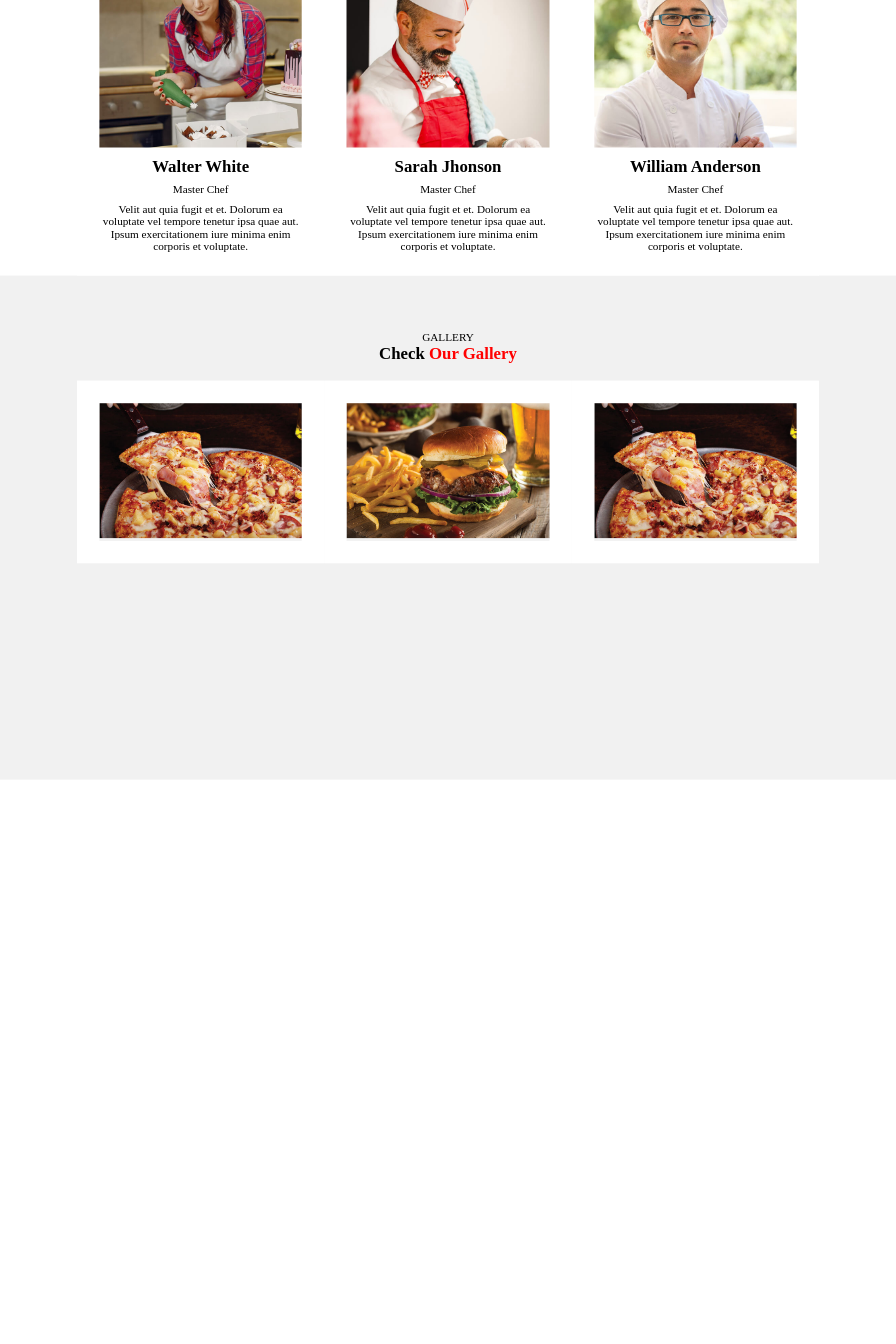
Repository: Ahmedalid/New-project
Page: Rout/index.html
These files come from the project's save history. The page is drawn as it stood at one moment and after the next save; the edit follows.
The browser window is 1280 px wide. The pictures show the part of the page from y = 1034 to 2954 px (the page is 5000 px tall), at 70% of full size.
An inner scrolling area shows only its first screen.

Above is the page before, as saved 2023-06-08 11:38:51.

After the next save:
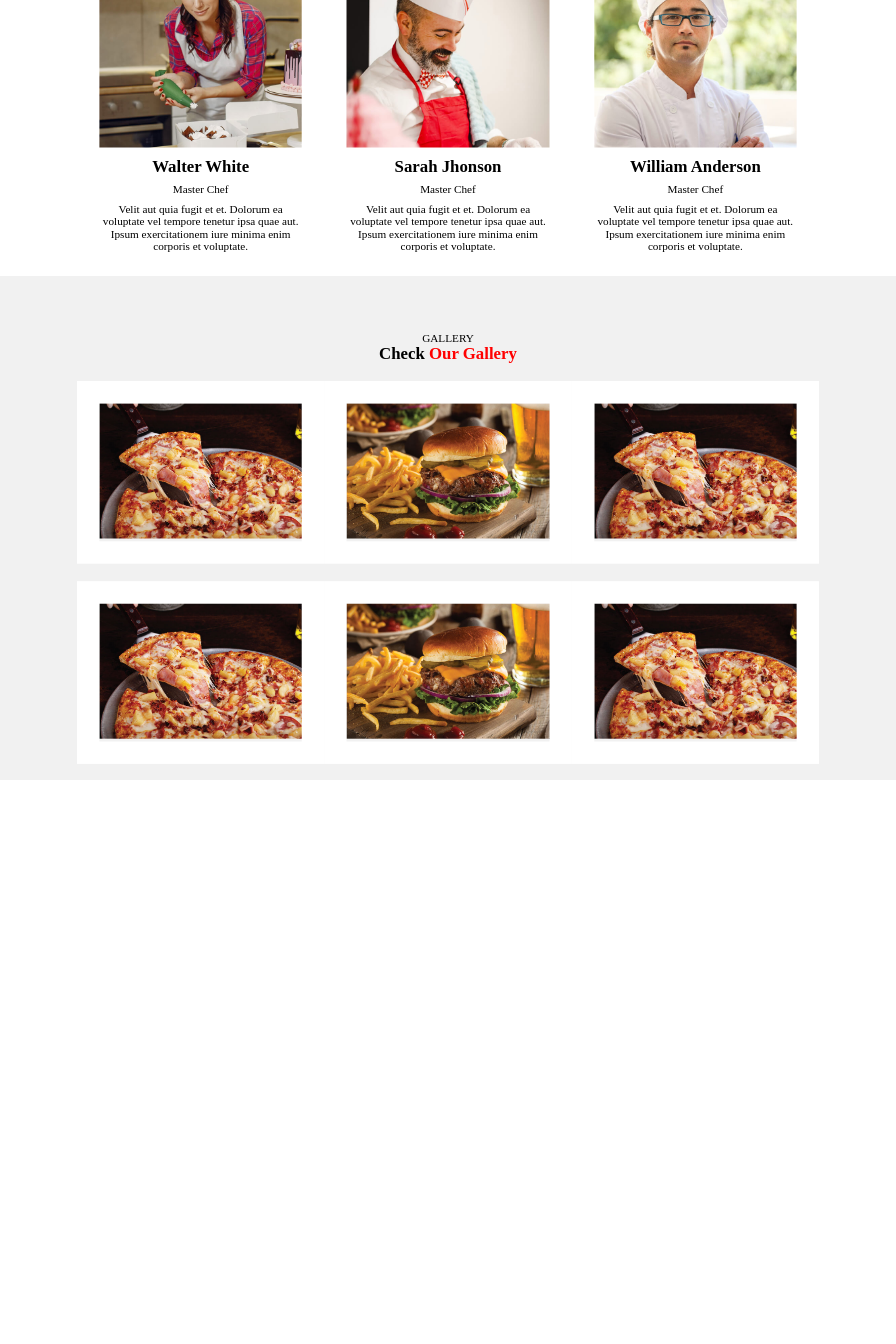
Saved 30 s later.
--- a/Rout/index.html
+++ b/Rout/index.html
@@ -141,6 +141,56 @@
 
             </div>
         </div>
+          <div class="d-bettwen">
+            <div class="mt card-img">
+                <div class="">
+                    <img src="img/meal-1 (1).jpg "alt="">
+
+
+                </div>
+
+            </div>
+            <div class="mt card-img">
+                <div class="">
+                    <img src="img/meal-3.jpg" alt="">
+
+
+                </div>
+
+            </div>
+            <div class="mt card-img">
+                <div class="">
+                    <img src="img/meal-1 (1).jpg" alt="">
+
+                </div>
+
+            </div>
+        </div>
+          <div class="d-bettwen">
+            <div class="mt card-img">
+                <div class="">
+                    <img src="img/meal-1 (1).jpg "alt="">
+
+
+                </div>
+
+            </div>
+            <div class="mt card-img">
+                <div class="">
+                    <img src="img/meal-3.jpg" alt="">
+
+
+                </div>
+
+            </div>
+            <div class="mt card-img">
+                <div class="">
+                    <img src="img/meal-1 (1).jpg" alt="">
+
+                </div>
+
+            </div>
+        </div>
         </div>
     </section>
 </body>
